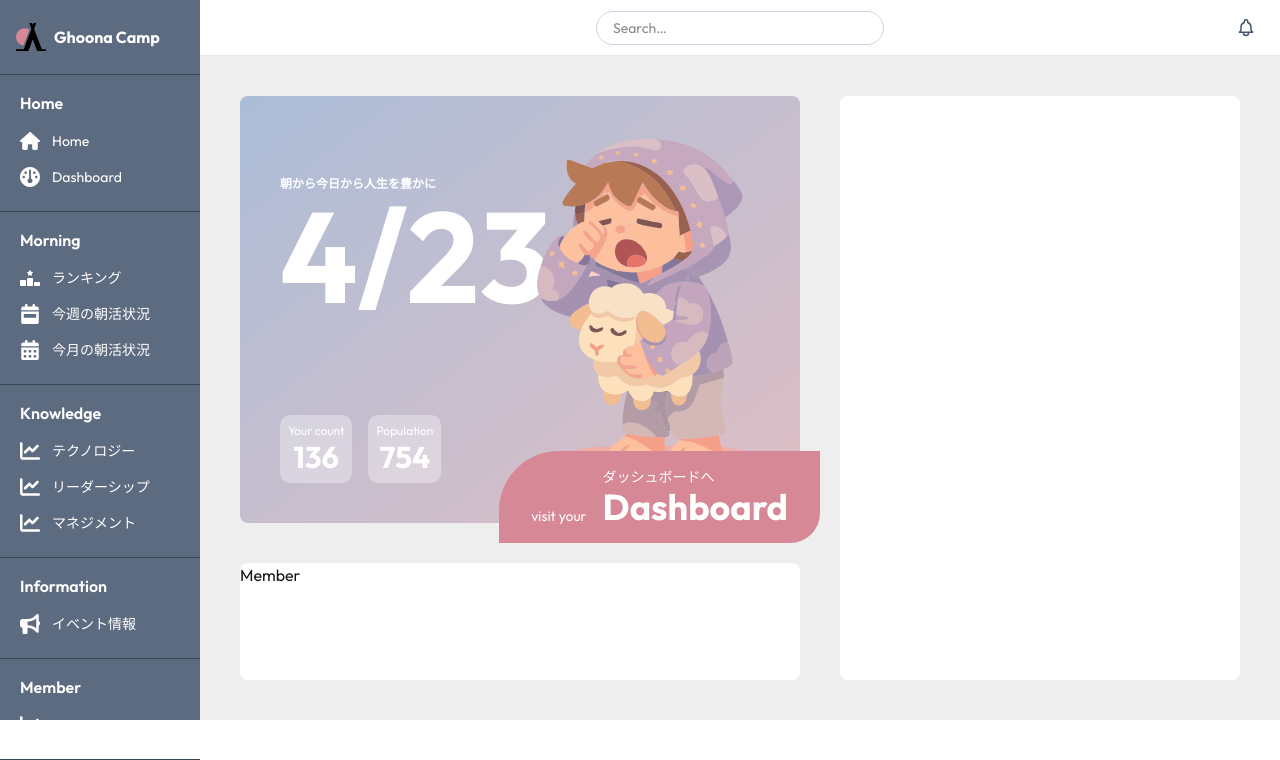
Repository: ShotaGhoona/ghoonacamp_platform
Page: /
The author's editor kept a copy of each file at every save. The page is drawn from the files as they stood at one save, then again after the next save.
The browser window is 1280 px wide. The pictures show the whole page.
The page's requests for data from a server got no answer. The project was rebuilt for these pictures with package versions that can differ from the ones it lists, and the page was loaded fresh each time. The framework's server and built-in components were replaced by stand-ins that run in the browser. No one was signed in, and anything a server would have sent is missing. Also part of the build but not shown: next.config.js.

Above is the page before, as saved 2025-04-25 13:31:35.

### src/app/layout.tsx
import type { Metadata } from 'next';
import { Outfit } from 'next/font/google';
import './globals.css';
import Sidebar from '@/components/display/sidebar';
import Header from '@/components/display/header';
import { AuthProvider } from './providers';

const outfit = Outfit({ subsets: ['latin'] });

export const metadata: Metadata = {
  title: 'Ghoona Camp',
  description: 'Ghoona Camp Platform',
};

export default function RootLayout({
  children,
}: {
  children: React.ReactNode;
}) {
  return (
    <html lang="ja">
      <body className={outfit.className}>
        <AuthProvider>
          <div className="flex">
            <div className="w-[200px] transition-all duration-300">
              <Sidebar />
            </div>
            <div className="flex-1 flex flex-col min-h-screen">
              <Header />
              <main className=" bg-[#EEEEEE] flex-1 px-10 py-10">{children}</main>
            </div>
          </div>
        </AuthProvider>
      </body>
    </html>
  );
}

### src/app/page.tsx
import IndexPage from "@/features/home/home/display/index";

export default function Home() {
  return (
    <IndexPage />
  );
}

### src/components/display/sidebar.tsx
'use client';

import Link from 'next/link';
import { usePathname } from 'next/navigation';
import clsx from 'clsx';

const groups: { title: string; links: { href: string; label: string; icon: string }[] }[] = [
  {
    title: 'Home',
    links: [
      { href: '/home', label: 'Home', icon: '/svg/sidebarIcon/home.svg' },
      { href: '/home/dashboard', label: 'Dashboard', icon: '/svg/sidebarIcon/dashboard.svg' },
    ],
  },
  {
    title: 'Morning',
    links: [
      { href: '/morning/ranking', label: 'ランキング', icon: '/svg/sidebarIcon/ranking.svg' },
      { href: '/morning/weekend', label: '今週の朝活状況', icon: '/svg/sidebarIcon/week.svg' },
      { href: '/morning/month', label: '今月の朝活状況', icon: '/svg/sidebarIcon/month.svg' },
    ],
  },
  {
    title: 'Knowledge',
    links: [
      { href: '/knowledge/tech', label: 'テクノロジー', icon: '/svg/sidebarIcon/analysis.svg' },
      { href: '/knowledge/leadership', label: 'リーダーシップ', icon: '/svg/sidebarIcon/analysis.svg' },
      { href: '/knowledge/management', label: 'マネジメント', icon: '/svg/sidebarIcon/analysis.svg' },
    ],
  },
  {
    title: 'Information',
    links: [{ href: '/information/events', label: 'イベント情報', icon: '/svg/sidebarIcon/externalEvents.svg' }],
  },
  {
    title: 'Member',
    links: [{ href: '/members', label: 'GhoonaCamper', icon: '/svg/sidebarIcon/analysis.svg' }],
  },
];

export default function Sidebar() {
  const pathname = usePathname();

  return (
    <aside className="w-full h-screen bg-[#5D6B80] text-white">
      <div className="flex items-center gap-2 h-[75px] px-4 border-b border-[#374559]">
        <img src="/svg/logo.svg" alt="Ghoona Camp" className="w-[30px] h-[30px]" />
        <span className="font-bold">Ghoona Camp</span>
      </div>

      <nav>
        {groups.map((g) => (
          <div key={g.title} className="border-b border-[#374559] px-[20px] py-4">
            <p className="text-base font-semibold mb-2">
              {g.title}
            </p>
            {g.links.map((l) => (
              <Link
                key={l.href}
                href={l.href}
                className={clsx(
                  'flex items-center gap-3 py-2 text-sm',
                  pathname === l.href
                    ? 'bg-primary text-white'
                    : 'hover:bg-slate-600'
                )}
              >
                <img src={l.icon} alt={l.label} className="w-[20px] h-[20px]" />
                <span>{l.label}</span>
              </Link>
            ))}
          </div>
        ))}
      </nav>
    </aside>
  );
}

### src/components/display/header.tsx
'use client';

import Image from 'next/image';
import { useSession } from 'next-auth/react';

export default function Header() {
  const { data: session } = useSession();

  return (
    <header className="flex items-center justify-between h-14 px-6 border-b border-slate-200 bg-white">
      {/* 空白をあけて中央に検索バーを置くレイアウト */}
      <div className="flex-1" />

      <div className="flex-1 flex justify-center">
        {/* ダミー検索バー */}
        <input
          type="text"
          placeholder="Search…"
          className="w-72 rounded-full border border-slate-300 px-4 py-1.5 text-sm focus:outline-primary"
        />
      </div>

      <div className="flex-1 flex justify-end items-center gap-4">
        {/* 通知ベルなど置く予定ならここ */}
        <button className="relative">
          <span className="sr-only">Notifications</span>
          <svg
            className="w-5 h-5 text-slate-600"
            fill="none"
            stroke="currentColor"
            strokeWidth={1.8}
            viewBox="0 0 24 24"
          >
            <path
              strokeLinecap="round"
              strokeLinejoin="round"
              d="M15 17h5l-1.405-1.405A2.032 2.032 0 0118 14.158V11a6.002 6.002 0 00-4-5.659V4a2 2 0 10-4 0v1.341C7.67 6.165 6 8.388 6 11v3.159c0 .538-.214 1.055-.595 1.436L4 17h5m6 0v1a3 3 0 11-6 0v-1m6 0H9"
            />
          </svg>
        </button>

        {/* ユーザー情報 */}
        {session?.user && (
          <div className="flex items-center gap-3">
            <span className="text-sm font-medium text-slate-700">
              {session.user.name}
            </span>
            <Image
              src={session.user.image || "/avatar-placeholder.png"}
              alt={session.user.name || "Avatar"}
              width={32}
              height={32}
              className="rounded-full ring-1 ring-slate-300"
            />
          </div>
        )}
      </div>
    </header>
  );
}

### src/features/home/home/display/index.tsx

// コンポーネント
import Hero from "./hero";
import Member from "./member";
export default function IndexPage() {
  return (
    <div className="flex gap-10 h-full">
      <div className="flex-1 flex flex-col gap-10 h-full rounded-lg">
        <div className="flex-1 flex flex-col bg-gradient-to-br from-[#ABBDD8] to-[#DFBEC4] rounded-lg">
          <Hero />
        </div>
        <div className="w-full h-[20%] bg-white rounded-lg">
          <Member />
        </div>
      </div>
      <div className="w-[400px] h-full bg-white rounded-lg">

      </div>
    </div>
  );
}

### src/features/home/home/display/hero.tsx
// コンポーネント
import CornerCta from "../components/cornerCta";
// ページ遷移
import Link from "next/link";


export default function Hero() {
  return (
    <div className="w-full h-full p-10 flex flex-col justify-between relative">
        <div className="flex-1 text-white mt-10">
                <p className="text-xs font-bold">朝から今日から人生を豊かに</p>
                <p className="text-9xl font-bold">4/23</p>
        </div>
        <div className="flex gap-4">
            <div className="flex flex-col bg-[#ffffff55] rounded-[10px] p-2 text-white items-center">
                <p className="text-xs">Your count</p>
                <p className="text-3xl font-bold">136</p>
            </div>
            <div className="flex flex-col bg-[#ffffff55] rounded-[10px] p-2 text-white items-center">
                <p className="text-xs">Population</p>
                <p className="text-3xl font-bold">754</p>
            </div>
        </div>
        <img src="/svg/tier1.svg" alt="tier1" className="absolute top-[10%] right-[10%] w-auto h-[75%]  " />
        <Link href="/dashboard" className="absolute -bottom-5 -right-5 flex flex-col gap-4">
            <CornerCta  color="D68897"  text="Dashboard"  subText="ダッシュボードへ" subText2="visit your" />
        </Link>
    </div>
  );
}

### src/features/home/home/display/member.tsx
export default function Member() {
  return (
    <div>
      <h1>Member</h1>
    </div>
  );
}

### src/features/home/home/components/cornerCta.tsx
export default function CornerCta(
    { color, text, subText, subText2 }: { color: string; text: string; subText: string; subText2: string }
) {
  return (
    <div
      style={{ backgroundColor: `#${color}` }}
      className="px-8 py-4 rounded-tl-[60px] rounded-br-[30px] text-white flex items-end gap-4 cursor-pointer hover:opacity-90 transition-opacity"
    >
        <div>
            <span className="text-sm">{subText2}</span>
        </div>
        <div className="flex flex-col">
            <span className="text-sm">{subText}</span>
            <span className="text-4xl font-bold">{text}</span>
        </div>
    </div>
  );
}

Loaded but not shown: src/app/globals.css (common file); src/app/providers.tsx (common file)

After the next save:
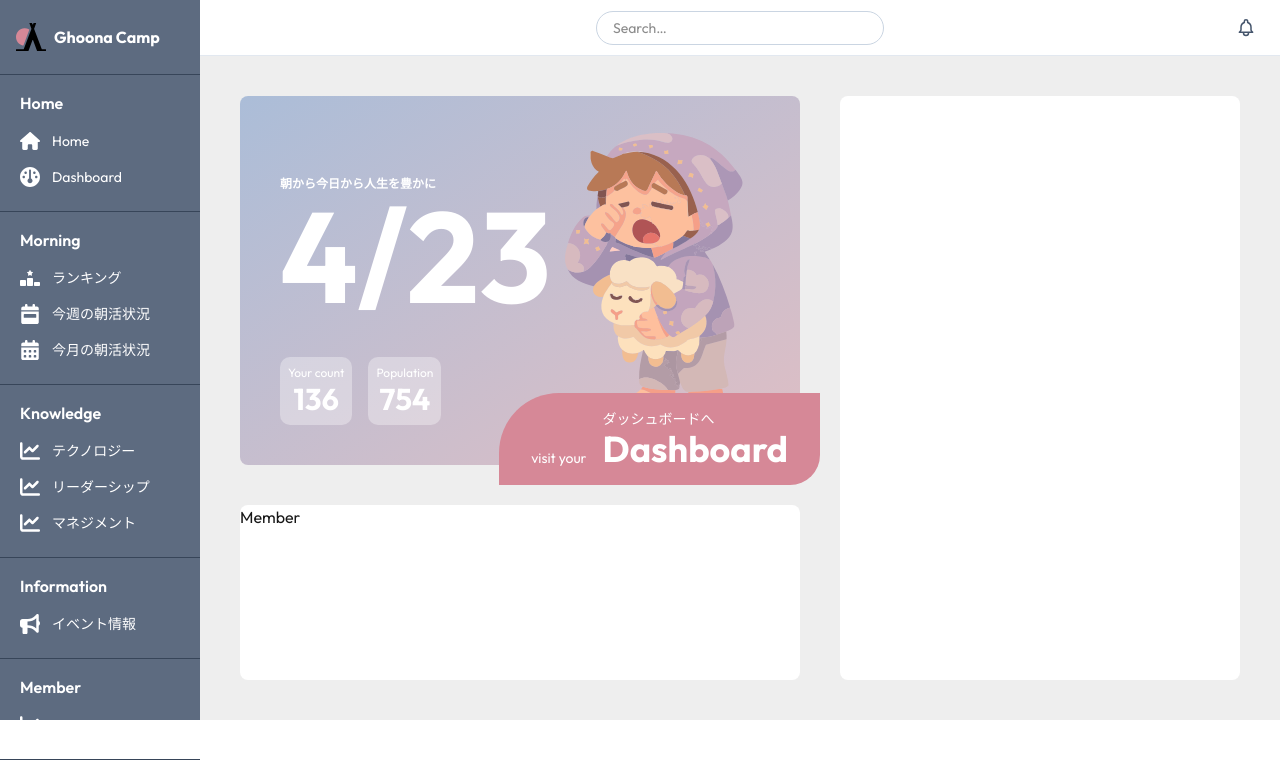
Saved 11 s later.
--- a/src/features/home/home/display/index.tsx
+++ b/src/features/home/home/display/index.tsx
@@ -9,7 +9,7 @@ export default function IndexPage() {
         <div className="flex-1 flex flex-col bg-gradient-to-br from-[#ABBDD8] to-[#DFBEC4] rounded-lg">
           <Hero />
         </div>
-        <div className="w-full h-[20%] bg-white rounded-lg">
+        <div className="w-full h-[30%] bg-white rounded-lg">
           <Member />
         </div>
       </div>
